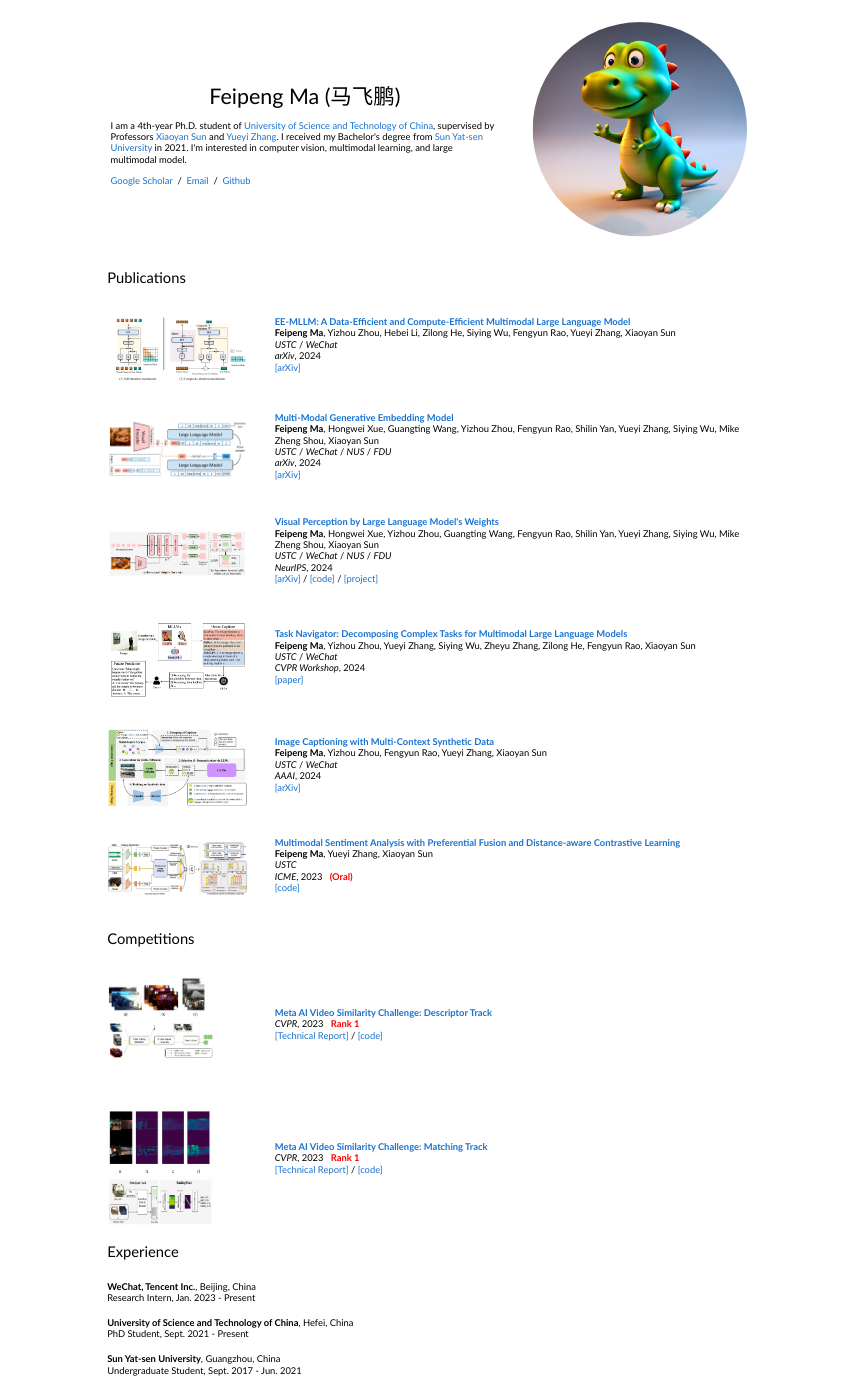
Repository: FeipengMa6/FeipengMa6.github.io
Page: index.html
These files come from the project's save history. The page is drawn as it stood at one moment and after the next save; the edit follows.
The browser window is 1280 px wide. The pictures show the whole page, at 67% of full size.

Above is the page before, as saved 2024-10-11 17:44:18.

After the next save:
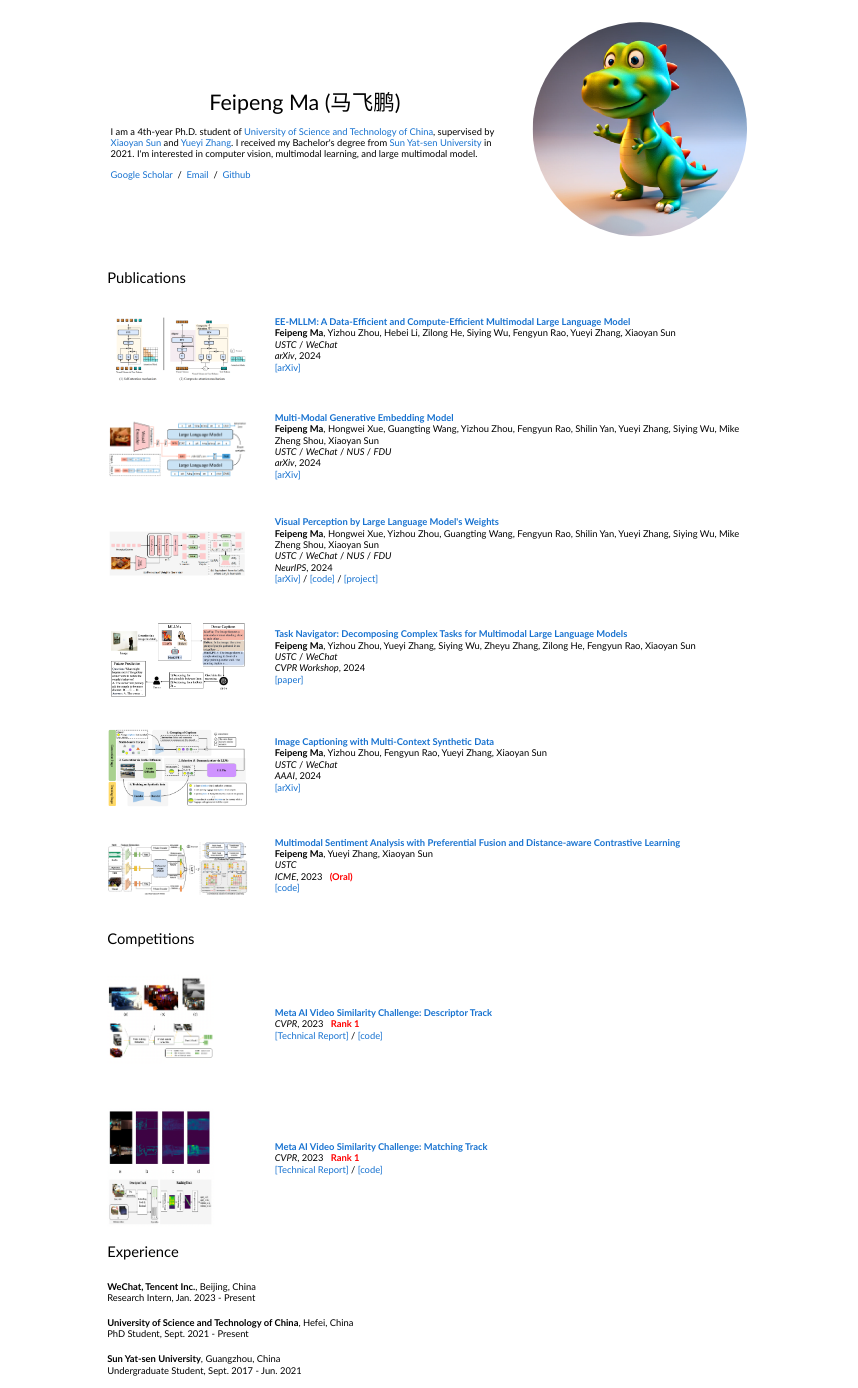
Saved 11 s later.
--- a/index.html
+++ b/index.html
@@ -17,7 +17,7 @@
                 <p class="name" style="text-align: center;">
                   Feipeng Ma (马飞鹏)
                 </p>
-                <p>I am a 4th-year Ph.D. student of <a href="https://en.ustc.edu.cn/">University of Science and Technology of China</a>, supervised by Professors <a href="https://scholar.google.com/citations?user=VRG3dw4AAAAJ&hl=zh-CN">Xiaoyan Sun</a> and <a href="https://scholar.google.com/citations?user=LatWlFAAAAAJ&hl=zh-CN&oi=ao">Yueyi Zhang</a>.
+                <p>I am a 4th-year Ph.D. student of <a href="https://en.ustc.edu.cn/">University of Science and Technology of China</a>, supervised by <a href="https://scholar.google.com/citations?user=VRG3dw4AAAAJ&hl=zh-CN">Xiaoyan Sun</a> and <a href="https://scholar.google.com/citations?user=LatWlFAAAAAJ&hl=zh-CN&oi=ao">Yueyi Zhang</a>.
                   I received my Bachelor's degree from <a href="https://www.sysu.edu.cn/sysuen/">Sun Yat-sen University</a> in 2021.
                   I'm interested in computer vision, multimodal learning, and large multimodal model.
                 </p>
